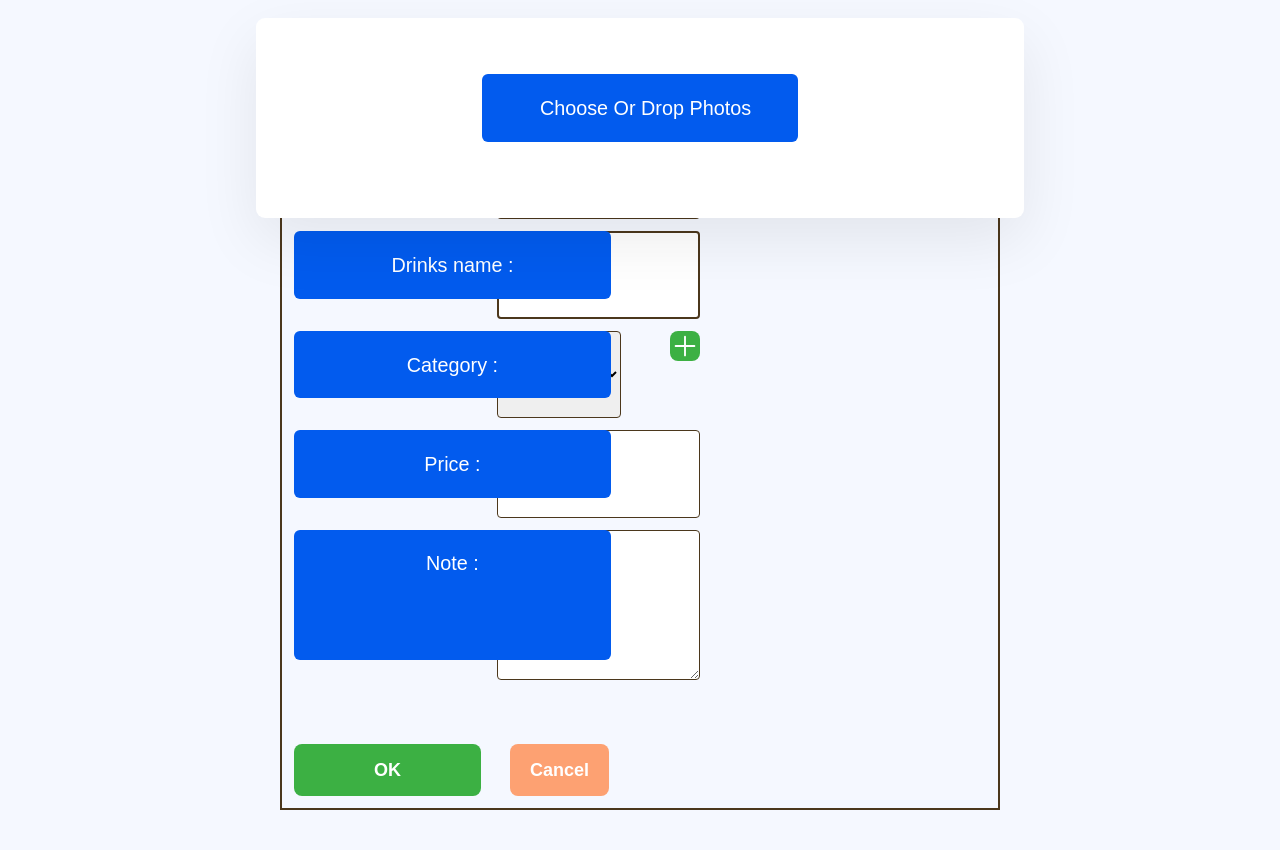
Repository: Dapravith/Midterm-SE-GIC-Cafe-Project-Group16
Page: src/main/resources/templates/addDrink.html
The author's editor kept a copy of each file at every save. The page is drawn from the files as they stood at one save, then again after the next save.
The browser window is 1280 px wide. The pictures show the whole page.
Some web libraries are served in a nearby version.

Above is the page before, as saved 2023-05-16 22:23:12.

After the next save:
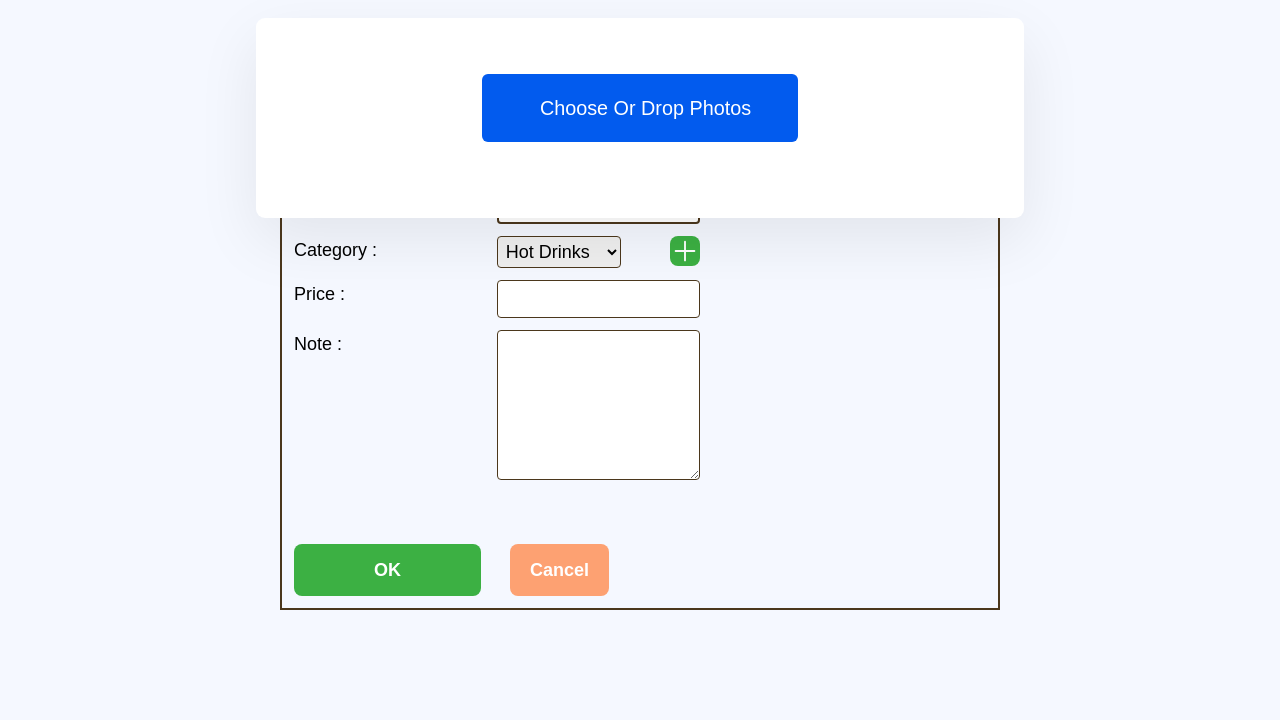
Saved 76 s later.
--- a/src/main/resources/templates/addDrink.html
+++ b/src/main/resources/templates/addDrink.html
@@ -40,7 +40,7 @@
             display: none;
         }
 
-        <!-- label {
+        .upload-images {
             display: block;
             position: relative;
             background-color: #025bee;
@@ -54,7 +54,7 @@
             cursor: pointer;
         }
 
-        -->#image-display {
+        #image-display {
             position: relative;
             width: 90%;
             margin: 0 auto;
@@ -145,7 +145,7 @@
             </div>
             <div class="images">
                 <input type="file" id="upload-button" multiple accept="image/*" />
-                <label for="upload-button"><i class="fa-solid fa-upload"></i>&nbsp; Choose Or Drop Photos
+                <label class="upload-images" for="upload-button"><i class="fa-solid fa-upload"></i>&nbsp; Choose Or Drop Photos
                 </label>
                 <div id="error"></div>
                 <div id="image-display"></div>
